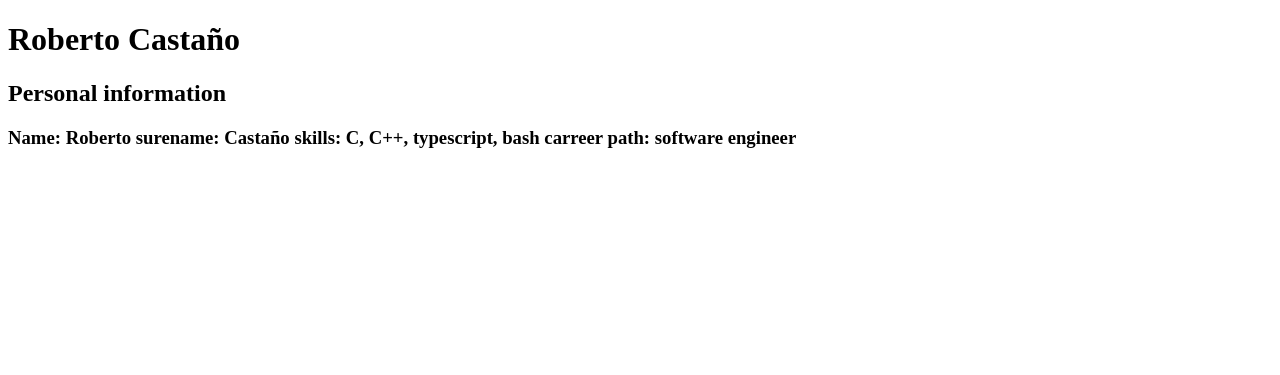
Repository: cronopi/django
Page: Training-Python-Django-0 1/ex01/cv.html
The author's editor kept a copy of each file at every save. The page is drawn from the files as they stood at one save, then again after the next save.
The browser window is 1280 px wide. The pictures show the whole page.

Above is the page before, as saved 2026-03-10 11:59:15.

After the next save:
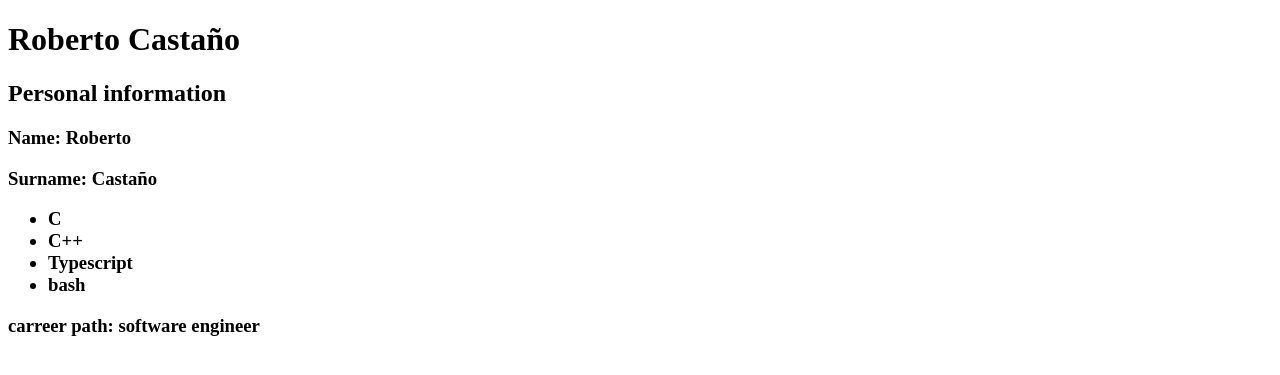
Saved 7 min 11 s later.
--- a/Training-Python-Django-0 1/ex01/cv.html
+++ b/Training-Python-Django-0 1/ex01/cv.html
@@ -10,10 +10,19 @@
 	<h2>Personal information</h2>
 	<h3>
 		Name: Roberto
-		surename: Castaño
-		skills: C, C++, typescript, bash
+	</h3>
+	<h3>
+		Surname: Castaño
+	</h3>
+	<h3>
+		<ul>
+			<li>C</li>
+			<li>C++</li>
+			<li>Typescript</li>
+			<li>bash</li>
+
+		</ul>
 		carreer path: software engineer
-	</h3>
 </body>
 
 </html>
